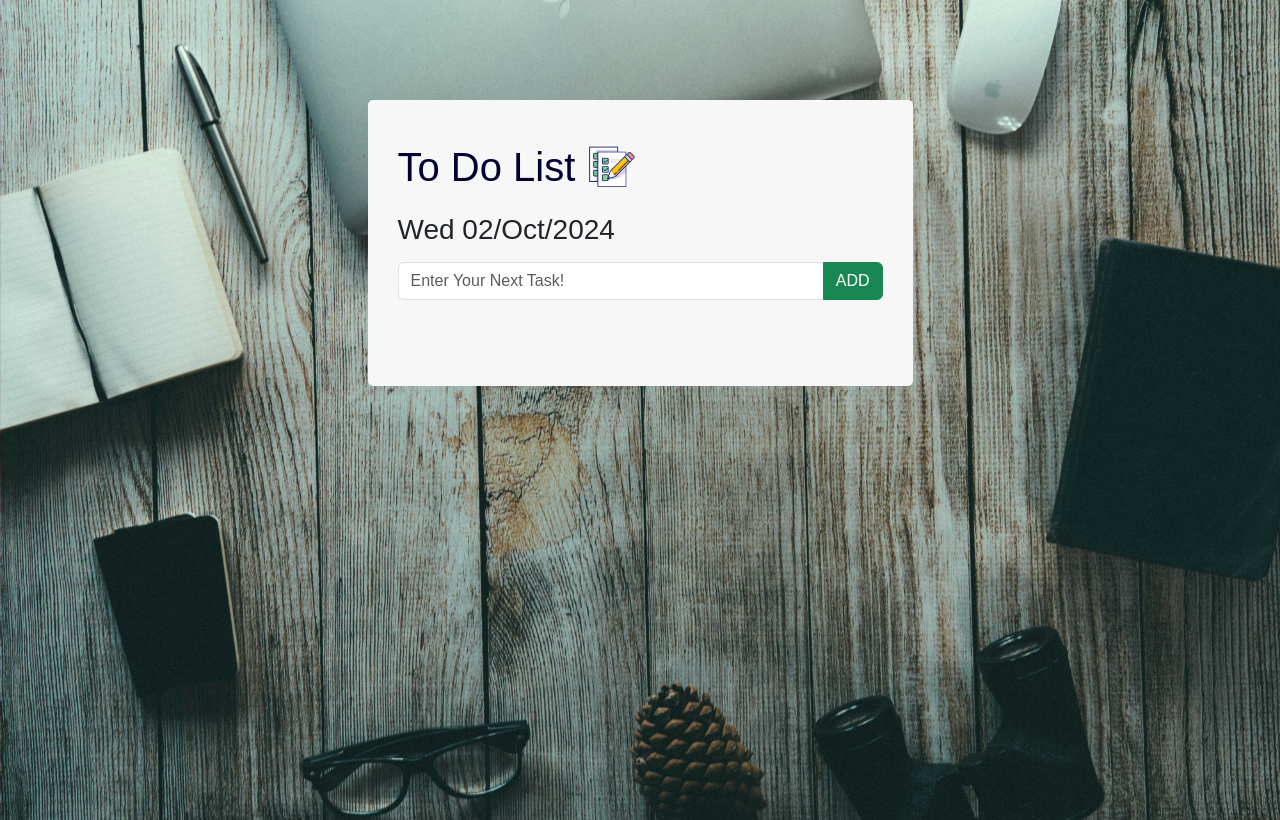
Repository: zeinawady/To_Do_List
Page: index.html
The author's editor kept a copy of each file at every save. The page is drawn from the files as they stood at one save, then again after the next save.
The browser window is 1280 px wide. The pictures show the whole page.
Some web libraries are served in a nearby version.

Above is the page before, as saved 2024-10-02 02:39:54.

After the next save:
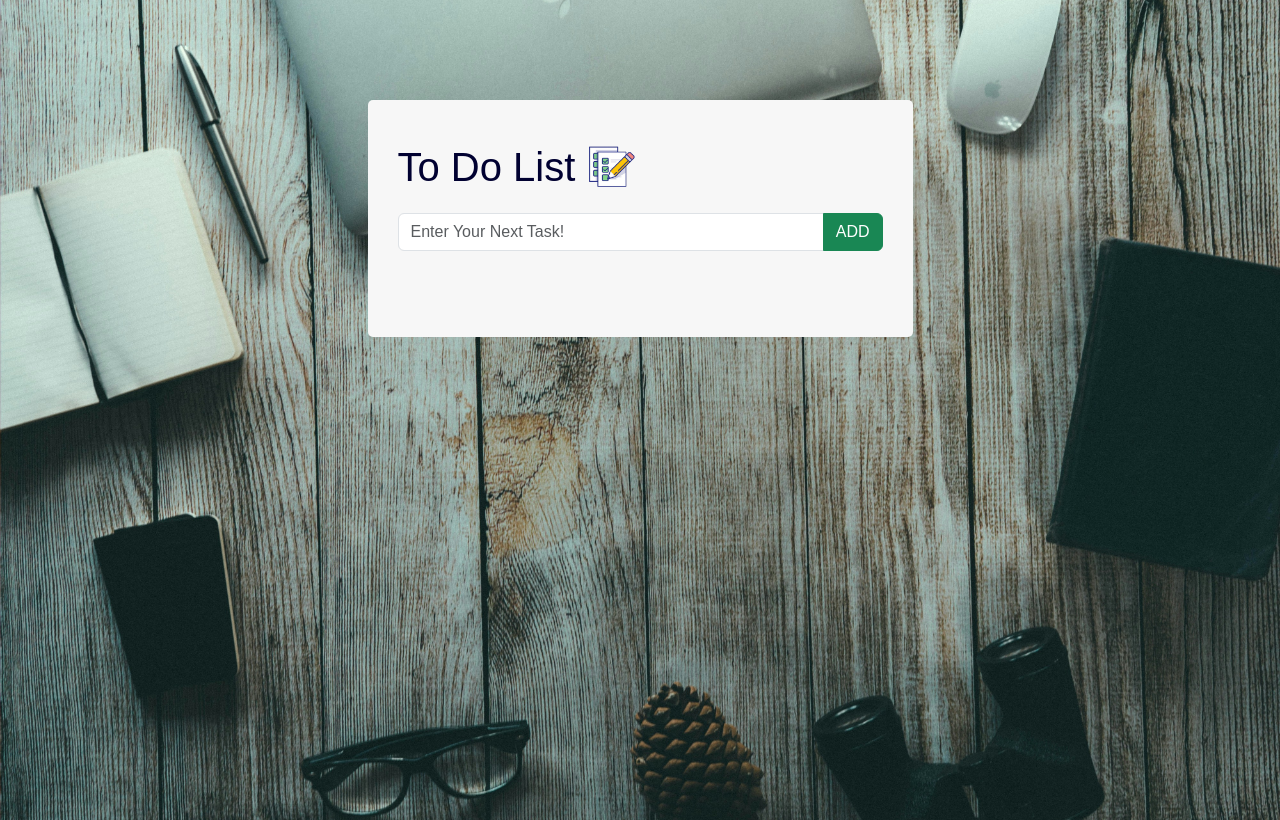
Console error: SyntaxError: Unexpected token ')'
Saved 4 s later.
--- a/script.js
+++ b/script.js
@@ -44,7 +44,7 @@
         let li=e.target.parentElement;
         let currentTask=li.firstChild.textContent;
         let newTask=prompt("Edit Your Task: " , currentTask);
-        if(newTask!== null  ){
+        if(newTask!== null && new ){
             li.firstChild.textContent=newTask;
 saveTask();
         }

After the 4 saves that followed:
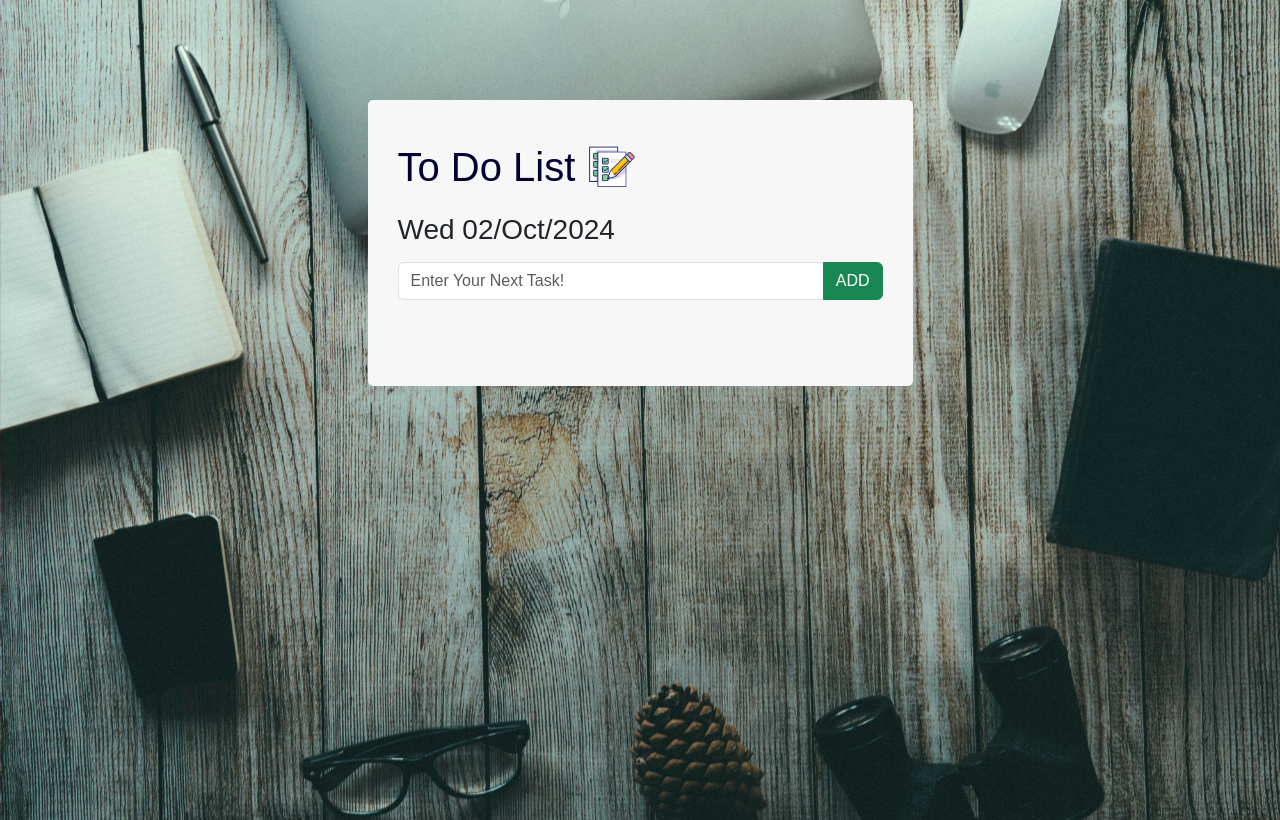
The error is gone.
The 4 saves are shown as one change because they came seconds apart.
The last was saved 11 s later.
--- a/script.js
+++ b/script.js
@@ -44,7 +44,7 @@
         let li=e.target.parentElement;
         let currentTask=li.firstChild.textContent;
         let newTask=prompt("Edit Your Task: " , currentTask);
-        if(newTask!== null && new ){
+        if(newTask!== null && newTask.trim()!==""){
             li.firstChild.textContent=newTask;
 saveTask();
         }
